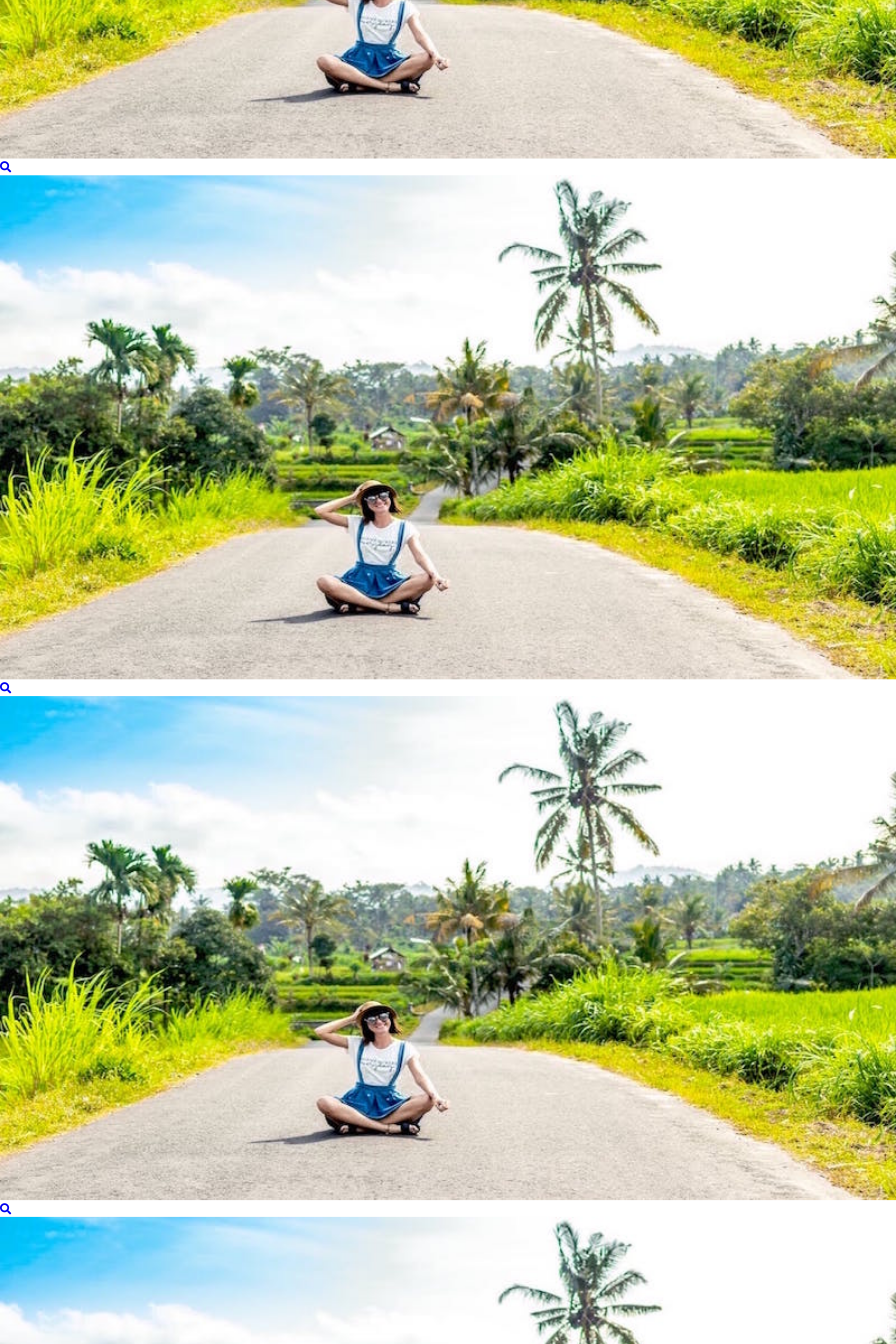
Repository: Ndifoinhilary/flexbox-project
Page: index.html
An editor plug-in stored every save of this project. The page is shown before and after the next save, followed by the edit.
The browser window is 1280 px wide. The pictures show the part of the page from y = 4449 to 6369 px (the page is 9163 px tall), at 70% of full size.

Above is the page before, as saved 2024-01-24 04:43:16.

### index.html
<!DOCTYPE html>
<html lang="en">
  <head>
    <meta charset="UTF-8" />
    <meta name="viewport" content="width=device-width, initial-scale=1.0" />
    <meta http-equiv="X-UA-Compatible" content="ie=edge" />
    <title>Backroads || Tour Company</title>
    <!-- favicon -->
    <link rel="shortcut icon" href="./images/favicon.ico" type="image/x-icon" />
    <!-- font-awesome -->
    <link rel="stylesheet" href="fontawesome-free-5.9.0-web/css/all.min.css" />
    <!-- styles css -->
    <link rel="stylesheet" href="./css/main.css" />
  </head>
  <body>
    <header id="home">
      <!-- nav bar -->
      <!-- end of nav bar -->
  <!-- hero section  -->
  <div class="hero">
    <div class="hero-banner">
      <h1>continue exploring</h1>
      <p>Lorem ipsum dolor sit, amet consectetur adipisicing elit. Officiis, quam!</p>
      <a href="#featured" class="btn hero-btn scroll-link ">explore tours</a>
    </div>
  </div>
   <!-- end of hero section  -->
    </header>
    <!-- end of header -->
   <!-- section -->
    <section class="section" id="about">
      <!-- section title -->
      <div class="section-title">
        <h2>about <span>us</span></h2>
      </div>
            <!-- section title -->
        <div class="section-center about-center">
          <!-- about image wrapper -->
          <article class="about-img">
            <img src="./images/about.jpeg"  class="about-photo" alt="awesome">
          </article>
          <!-- about infor -->
          <artilce class="about-info">
            <h3>explore the difference</h3>
            <p>Lorem ipsum, dolor sit amet consectetur adipisicing elit. Et cum minima eaque illo consequuntur laudantium facere incidunt alias expedita accusamus!</p>
            <a href="#" class="btn">read more</a>
          </artilce>
        </div>
    </section>
    <!-- end of about  section -->


    <!-- service section start -->

    <section class="section services" id="servics">
      <div class="section-title">
        <h2>our <span>services</span></h2>
      </div>
      <div class="section-center services-center">
        <!-- single service -->
        <article class="service">
          <span class="service-icon">
            <i class="fas fa-wallet fa-fw"></i>
          </span>
          <div class="service-info">
            <h4 class="service-title" >saving money</h4>
            <p class="service-text"> Lorem ipsum dolor sit
              amet, consectetur adipisicing elit. Quisquam, id?
               Omnis rerum perferendis numquam repellat.</p>
          </div>
        </article>
        <article class="service">
          <span class="service-icon">
            <i class="fas fa-tree fa-fw"></i>
          </span>
          <div class="service-info">
            <h4 class="service-title" >tree money</h4>
            <p class="service-text"> Lorem ipsum dolor sit
              amet, consectetur adipisicing elit. Quisquam, id?
               Omnis rerum perferendis numquam repellat.</p>
          </div>
        </article>
         <article class="service">
          <span class="service-icon">
            <i class="fas fa-socks fa-fw"></i>
          </span>
          <div class="service-info">
            <h4 class="service-title" >only  money</h4>
            <p class="service-text"> Lorem ipsum dolor sit
              amet, consectetur adipisicing elit. Quisquam, id?
               Omnis rerum perferendis numquam repellat.</p>
          </div>
        </article>
      </div>
      </section>

<!-- feartueres tours -->

<section class="section" id="featured">
  <div class="section-title">
    <h2>feature <span>tours</span></h2>
  </div>
  <!-- featured center -->
 <div class="section-center featured-center">
  <article class="tour-card">
    <div class="tour-img-container">
      <img src="./images/tour-1.jpeg"    alt="tour around" class="tour-mg">
      <p class="tour-date">january 21th , 2024</p>
    </div>
    <div class="tour-info">
     <div class="tour-title">
      <h4>tibet advanture</h4>
      <p>34 days</p>
     </div>
      <p>Lorem ipsum dolor sit, amet consectetur adipisicing elit. Tempore voluptates error, necessitatibus doloribus sequi eaque! Sunt
        perferendis sequi dignissimos suscipit!</p>

        <div class="tour-footer">
          <p><span><i class="fas fa-map" >Cameroon</i></span></p>
          <p>$1200</p>
        </div>
    </div>
  </article>
  <article class="tour-card">
    <div class="tour-img-container">
      <img src="./images/tour-2.jpeg"    alt="tour around" class="tour-mg">
      <p class="tour-date">january 21th , 2024</p>
    </div>
    <div class="tour-info">
      <h4>tibet adventure</h4>
      <p>Lorem ipsum dolor sit, amet consectetur adipisicing elit. Tempore voluptates error, necessitatibus doloribus sequi eaque! Sunt
        perferendis sequi dignissimos suscipit!</p>

        <div class="tour-footer">
          <p><span><i class="fas fa-map" >Cameroon</i></span></p>
          <p>days</p>
          <p>$1200</p>
        </div>
    </div>
  </article>
    <article class="tour-card">
    <div class="tour-img-container">
      <img src="./images/tour-3.jpeg"    alt="tour around" class="tour-mg">
      <p class="tour-date">january 21th , 2024</p>
    </div>
    <div class="tour-info">
      <h4>tibet adventure</h4>
      <p>Lorem ipsum dolor sit, amet consectetur adipisicing elit. Tempore voluptates error, necessitatibus doloribus sequi eaque! Sunt
        perferendis sequi dignissimos suscipit!</p>

        <div class="tour-footer">
          <p><span><i class="fas fa-map" >Cameroon</i></span></p>
          <p>12 days</p>
          <p>$1200</p>
        </div>
    </div>
  </article>
  <article class="tour-card">
    <div class="tour-img-container">
      <img src="./images/tour-4.jpeg"    alt="tour around" class="tour-mg">
      <p class="tour-date">january 21th , 2024</p>
    </div>
    <div class="tour-info">
      <h4>tibet adventure</h4>
      <p>Lorem ipsum dolor sit, amet consectetur adipisicing elit. Tempore voluptates error, necessitatibus doloribus sequi eaque! Sunt
        perferendis sequi dignissimos suscipit!</p>

        <div class="tour-footer">
          <p><span><i class="fas fa-map" >Cameroon</i></span></p>
          <p>12 days</p>
          <p>$1200</p>
        </div>
    </div>
  </article>
 </div>
 <div class="tour-btn">
  <a href="#" class="btn"> all tours</a>
 </div>
</section>

<!-- end   feartueres tours -->

<!-- contact section -->
<section class="section contact" id="contact">
  <div class="section-center contact-center">
    <article class="contact-title">
      <h3>want latest tour info and updates</h3>
      <p>Sign up for newsletter and stay up to date </p>
    </article>
    <form action="" class="contact-form">
      <input type="email" name="email" class="form-control" placeholder="your email">
      <button type="submit" class="btn-submit">submit</button>
    </form>
  </div>
</section>



<!--end of   contact section -->

   <!-- gallery -->
   <section id="gallery">
    <div class="gallery-center">
      <article class="gallery-img-container">
        <img src="./images/tour-1.jpeg" class="gallery-img" alt="">
        <a href="#" class="gallery-icon"><i class="fas fa-search"></i></a>
      </article>
       <article class="gallery-img-container">
        <img src="./images/tour-2.jpeg" class="gallery-img" alt="">
        <a href="#" class="gallery-icon"><i class="fas fa-search"></i></a>
      </article>
        <article class="gallery-img-container">
        <img src="./images/tour-2.jpeg" class="gallery-img" alt="">
        <a href="#" class="gallery-icon"><i class="fas fa-search"></i></a>
      </article>
        <article class="gallery-img-container">
        <img src="./images/tour-2.jpeg" class="gallery-img" alt="">
        <a href="#" class="gallery-icon"><i class="fas fa-search"></i></a>
      </article>
       <article class="gallery-img-container">
        <img src="./images/tour-2.jpeg" class="gallery-img" alt="">
        <a href="#" class="gallery-icon"><i class="fas fa-search"></i></a>
      </article>
       <article class="gallery-img-container">
        <img src="./images/tour-2.jpeg" class="gallery-img" alt="">
        <a href="#" class="gallery-icon"><i class="fas fa-search"></i></a>
      </article>
         <article class="gallery-img-container">
        <img src="./images/tour-2.jpeg" class="gallery-img" alt="">
        <a href="#" class="gallery-icon"><i class="fas fa-search"></i></a>
      </article>
        <article class="gallery-img-container">
        <img src="./images/tour-2.jpeg" class="gallery-img" alt="">
        <a href="#" class="gallery-icon"><i class="fas fa-search"></i></a>
      </article>
    </div>
   </section>
   <!-- end of gallery -->
  </body>
</html>

### css/main.css
/*
===============
Fonts
===============
*/
@import url("https://fonts.googleapis.com/css?family=Lato:400,700&display=swap");

/*
===============
Variables
===============
*/

:root {
  /* dark shades of primary color*/
  --clr-primary-1: hsl(184, 91%, 17%);
  --clr-primary-2: hsl(185, 84%, 25%);
  --clr-primary-3: hsl(185, 81%, 29%);
  --clr-primary-4: hsl(184, 77%, 34%);
  /* primary/main color */
  --clr-primary-5: hsl(185, 62%, 45%);
  /* lighter shades of primary color */
  --clr-primary-6: hsl(185, 57%, 50%);
  --clr-primary-7: hsl(184, 65%, 59%);
  --clr-primary-8: hsl(184, 80%, 74%);
  --clr-primary-9: hsl(185, 94%, 87%);
  --clr-primary-10: hsl(186, 100%, 94%);
  /* darkest grey - used for headings */
  --clr-grey-1: hsl(209, 61%, 16%);
  --clr-grey-2: hsl(211, 39%, 23%);
  --clr-grey-3: hsl(209, 34%, 30%);
  --clr-grey-4: hsl(209, 28%, 39%);
  /* grey used for paragraphs */
  --clr-grey-5: hsl(210, 22%, 49%);
  --clr-grey-6: hsl(209, 23%, 60%);
  --clr-grey-7: hsl(211, 27%, 70%);
  --clr-grey-8: hsl(210, 31%, 80%);
  --clr-grey-9: hsl(212, 33%, 89%);
  --clr-grey-10: hsl(210, 36%, 96%);
  --clr-white: #fff;
  --ff-primary: "Lato", sans-serif;
  --transition: all 0.3s linear;
  --spacing: 0.25rem;
  --radius: 0.5rem;
  --light-shadow: 0 5px 15px rgba(0, 0, 0, 0.1);
  --dark-shadow: 0 5px 15px rgba(0, 0, 0, 0.2);
}
/*
===============
Global Styles
===============
*/

* {
  margin: 0;
  padding: 0;
  box-sizing: border-box;
}
body {
  font-family: var(--ff-primary);
  background: var(--clr-white);
  color: var(--clr-grey-1);
  line-height: 1.5;
  font-size: 0.875rem;
}
a {
  text-decoration: none;
}
/* img:not(.nav-logo) {
  width: 100%;
  display: block;
} */
img {
  width: 100%;
  display: block;
}
h1,
h2,
h3,
h4 {
  letter-spacing: var(--spacing);
  text-transform: capitalize;
  line-height: 1.25;
  margin-bottom: 0.75rem;
}
h1 {
  font-size: 3rem;
}
h2 {
  font-size: 2rem;
}
h3 {
  font-size: 1.25rem;
}
h4 {
  font-size: 0.875rem;
}
p {
  margin-bottom: 1.25rem;
  color: var(--clr-grey-5);
}
@media screen and (min-width: 800px) {
  h1 {
    font-size: 4rem;
  }
  h2 {
    font-size: 2.5rem;
  }
  h3 {
    font-size: 1.75rem;
  }
  h4 {
    font-size: 1rem;
  }
  body {
    font-size: 1rem;
  }
  h1,
  h2,
  h3,
  h4 {
    line-height: 1;
  }
}
/*  global classes */

.btn {
  text-transform: uppercase;
  background: var(--clr-primary-5);
  color: var(--clr-white);
  padding: 0.375rem 0.75rem;
  letter-spacing: var(--spacing);
  display: inline-block;
  /* font-weight: 700; */
  transition: var(--transition);
  font-size: 0.875rem;
  border: 2px solid transparent;
  cursor: pointer;
  box-shadow: 0 1px 3px rgba(0, 0, 0, 0.2);
}
.btn:hover {
  color: var(--clr-primary-1);
  background: var(--clr-primary-8);
}
.section {
  padding: 5rem 0;
}
.section-title {
  text-align: center;
  margin-bottom: 4rem;
}
.section-title h2 {
  text-transform: uppercase;
}
.section-title span {
  color: var(--clr-primary-5);
}
.section-center {
  width: 90vw;
  margin: 0 auto;
  max-width: 1170px;
}
@media screen and (min-width: 992px) {
  .section-center {
    width: 95vw;
  }
}
/*
===============
Navbar
===============
*/

/*
===============
Hero
===============
*/
.hero {
  min-height: 100vh;
  background: var(--clr-primary-5);
  display: flex;
  justify-content: center;
  align-items: center;
}
.hero-banner {
  text-align: center;
  color: var(--clr-white);
  padding: 0 3rem;
}
.hero-banner h1 {
  text-transform: uppercase;
}
.hero-banner p {
  max-width: 35rem;
  margin-left: auto;
  margin-right: auto;
  color: var(--clr-white);
  letter-spacing: var(--spacing);
}
.hero-btn {
  padding: 0.9rem 1.6rem;
  font-size: 1.25rem;
  background: var(--clr-white);
  color: var(--clr-primary-5);
}
.hero-btn:hover {
  background: transparent;
  color: var(--clr-white);
  border-color: var(--clr-white);
}
@media screen and (min-width: 768px) {
  .hero {
    background: linear-gradient(rgb(44, 174, 186, 0.7), rgba(0, 0, 0, 0.7)),
      url("../images/main.jpeg") center/cover no-repeat;
  }
  .hero-banner {
    padding: 0;
  }
  .hero-banner p {
    max-width: 45rem;
  }
}
/*
===============
About
===============
*/
/* section add to globals */
/* title add to globals */
/* section center add to globals */
.about-img,
.about-info {
  margin-bottom: 2rem;
}
@media screen and (min-width: 992px) {
  .about-center {
    display: flex;
    justify-content: space-between;
    flex-wrap: wrap;
  }
  .about-img,
  .about-info {
    flex: 0 0 calc(50% - 2rem);
    margin-bottom: 0;
    align-self: center;
  }
}

@media screen and (min-width: 1170px) {
  .about-img::before{
    content: "";
    position: absolute;
    border: 0.5rem solid var(--clr-primary-5);
    box-sizing: border-box;
    height: 100%;
    width: 100%;
    top: -1.5rem;
    left: -1.5rem;

  }
  .about-img{
    position: relative;
  }
  .about-photo{
    position: relative ;
  }
}
/*
===============
Services
===============
*/
.services{
  background: var(--clr-grey-10);
}
.service{
  text-align: center;
  margin-bottom: 3rem;
}
.service-icon{
  background: var(--clr-primary-5);
  color: var(--clr-primary-1);
  padding: 0.5rem;
  display: inline-block;
  font-size: 2rem;
  margin-bottom: 1.5rem;
}

.service-text{
  max-width: 20rem;
  margin-left: auto;
  margin-right: auto;
}



@media screen  and (min-width:576px) {
  .section-center{
    display: flex;
    justify-content: space-between;
    flex-wrap: wrap;
  }
  .service{
    flex: 0 0 calc(50% - 1rem);
    margin-bottom: 1rem;
  }
}
@media screen  and (min-width:992px) {
.service{
    flex: 0 0 calc(33.333% - 1rem);
  }
}
@media screen  and (min-width:1170px) {
.service{
  display: flex;
  text-align: left;
  }
  .service-icon{
    align-self: start;
  }
  .service-info{
    padding-left: 1rem;
  }
  .service-title{
    margin-bottom: 0.5rem;
  }
}
/*
===============
Featured Tours
===============
*/


.tour-card{
  transition: var(--transition);
  background: var(--clr-grey-10);
  box-shadow: var(--light-shadow);
  margin-bottom: 2rem;
}

.tour-card:hover{
  box-shadow: var(--dark-shadow);
  transform: scale(1.02);
}
.tour-img-container{
  position: relative;
}
.tour-img{
  height: 15rem;
  object-fit: cover;
}
.tour-date{
  position: absolute;
  right: 0;
  bottom: 0;
  background: var(--clr-primary-8);
  margin-bottom: 0;
  color: var(--clr-primary-1);
  text-transform: capitalize;
  padding: 0.25rem 0.5rem;
}
.tour-info{
  padding: 1.25rem 1.5rem;
}
.tour-footer{
  display: flex;
  justify-content: space-between;
  flex-wrap: wrap;
  align-items: center;
}
.tour-footer p {
  line-height: 0;
  margin-bottom: 0;
  text-transform: capitalize;
  color: var(--clr-primary-5);
}
.tour-btn{
  text-align: center;
}


@media screen and (min-width:760px) {
  .featured-center{
    display: flex;
    flex-wrap: wrap;
    justify-content: space-between;
  }
  .tour-card{
    flex: 0 0 calc(50% - 2rem);
  }
}
@media screen and (min-width:1170px) {
  .tour-card{
    flex: 0 0 calc(33.33% - 2rem);
  }
}
.tour-title{
  display: flex;
  justify-content: space-between;
  flex-wrap: wrap;
}
.tour-title p , .tour-title h4{
  margin-bottom: 0.75rem;
  line-height: 1.25rem;

}
.tour-title p {
  color: var(--clr-grey-7);
  text-transform: capitalize;
}



/*
===============
Contact
==============
 */



 .contact{
  background: var(--clr-primary-5);
 }

 .contact-title{
  color: var(--clr-white);
 }
 .contact-title p {
  color: var(--clr-primary-8);
 }

 .contact-form{
  display: flex;
  max-width: 28rem;

 }

.form-control{
  flex: 1 1 auto;
  color: var(--clr-grey-5);
}
.form-control, .btn-submit{
  padding:0.375rem 0.75rem;
  font-size: 1rem;
  line-height: 1.5rem;
  font-weight: 300;
  letter-spacing: var(--spacing);
  background: var(--clr-white);
  text-transform: capitalize;
  border: transparent;
}
.form-control::placeholder{
  color: inherit;
}
.btn-submit{
  font-family: var(--ff-primary);
  margin-left: 0.5rem;
  background: var(--clr-primary-8);
  color: var(--clr-primary-1);
  cursor: pointer;
  transition: var(--transition);
}


.btn-submit:hover{
  background: var(--clr-primary-1);
  color: var(--clr-primary-5);
}

@media screen and (min-width:992px) {
  .contact-center{
    display: flex;
    justify-content: space-between;
    flex-wrap: wrap;
  }
  .contact-form{
    align-self: flex-start;
    flex: 1 1 auto;
    max-width: 100%;
    padding-left: 2rem;
  }
}

/*
===============
Deals
===============
*/
/*
===============
Gallery
===============
*/

/*
===============
Footer
===============
*/

Loaded but not shown: fontawesome-free-5.9.0-web/css/all.min.css (library)

After the next save:
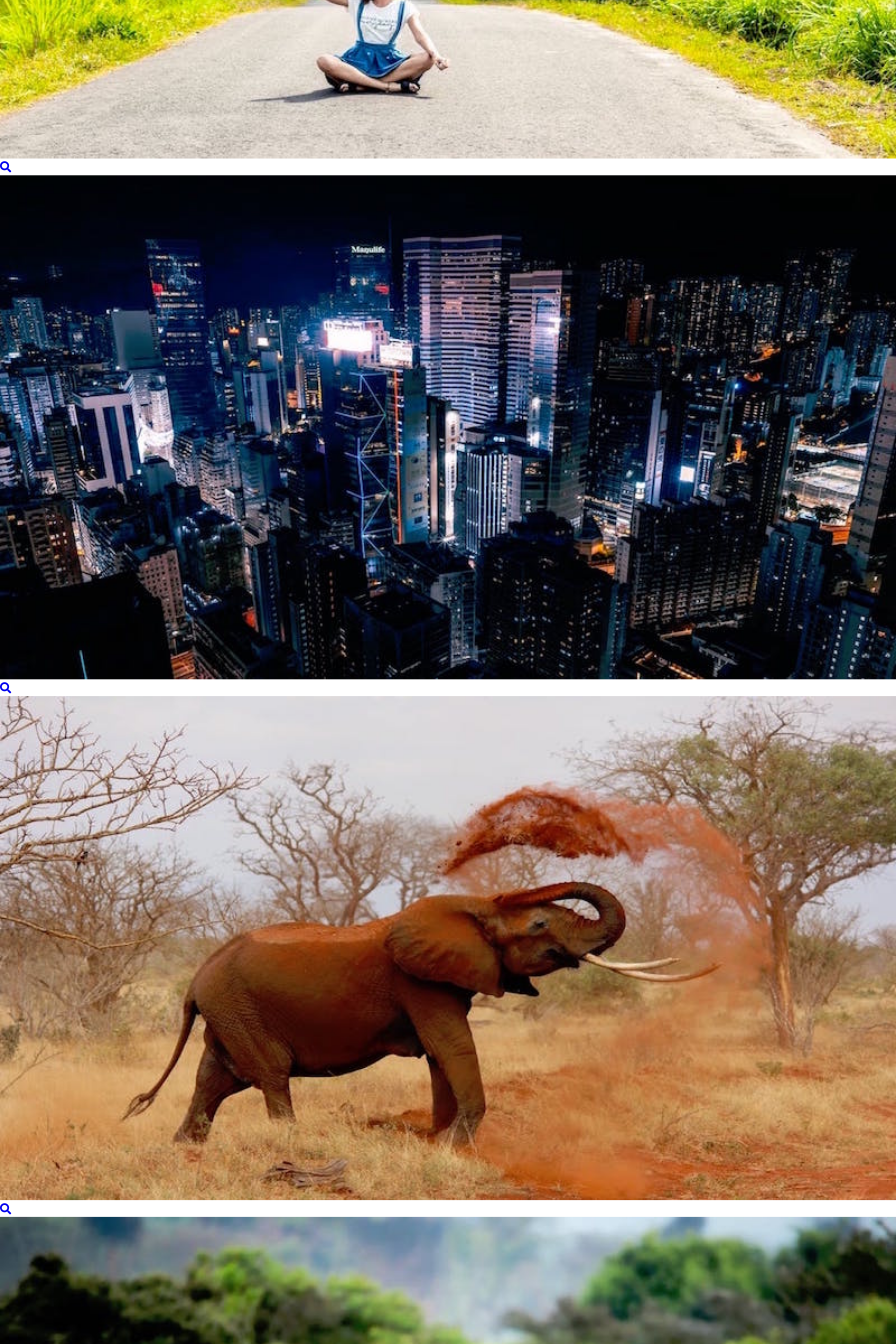
Saved 42 s later.
--- a/index.html
+++ b/index.html
@@ -210,19 +210,19 @@
         <a href="#" class="gallery-icon"><i class="fas fa-search"></i></a>
       </article>
         <article class="gallery-img-container">
-        <img src="./images/tour-2.jpeg" class="gallery-img" alt="">
+        <img src="./images/tour-3.jpeg" class="gallery-img" alt="">
         <a href="#" class="gallery-icon"><i class="fas fa-search"></i></a>
       </article>
         <article class="gallery-img-container">
-        <img src="./images/tour-2.jpeg" class="gallery-img" alt="">
+        <img src="./images/tour-4.jpeg" class="gallery-img" alt="">
         <a href="#" class="gallery-icon"><i class="fas fa-search"></i></a>
       </article>
        <article class="gallery-img-container">
-        <img src="./images/tour-2.jpeg" class="gallery-img" alt="">
+        <img src="./images/tour-5.jpeg" class="gallery-img" alt="">
         <a href="#" class="gallery-icon"><i class="fas fa-search"></i></a>
       </article>
        <article class="gallery-img-container">
-        <img src="./images/tour-2.jpeg" class="gallery-img" alt="">
+        <img src="./images/tour-6.jpeg" class="gallery-img" alt="">
         <a href="#" class="gallery-icon"><i class="fas fa-search"></i></a>
       </article>
          <article class="gallery-img-container">
@@ -230,7 +230,7 @@
         <a href="#" class="gallery-icon"><i class="fas fa-search"></i></a>
       </article>
         <article class="gallery-img-container">
-        <img src="./images/tour-2.jpeg" class="gallery-img" alt="">
+        <img src="./images/tour-1.jpeg" class="gallery-img" alt="">
         <a href="#" class="gallery-icon"><i class="fas fa-search"></i></a>
       </article>
     </div>
